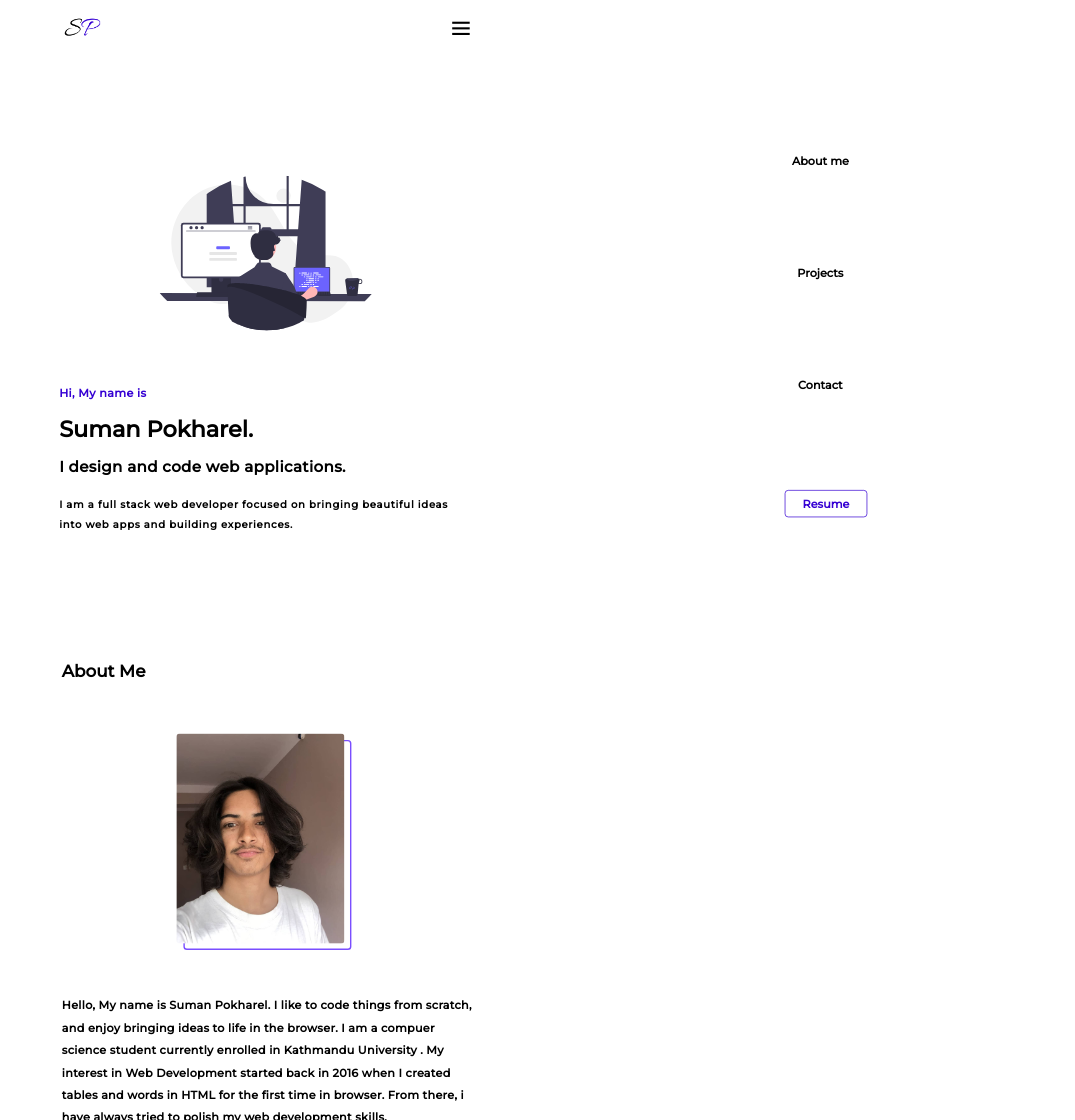
Repository: iamsumanp/portfolio
Page: /
An editor plug-in stored every save of this project. The page is shown before and after the next save, followed by the edit.
The browser window is 768 px wide. The page is 1536 px wide, so the pictures cover 1536 px, including what lies to the right of the window. The pictures show the part of the page from y = 0 to 1600 px (the page is 5953 px tall), at 70% of full size.
The project was rebuilt for these pictures with package versions that can differ from the ones it lists, and the page was loaded fresh each time.

Above is the page before, as saved 2022-07-11 15:59:36.

After the next save:
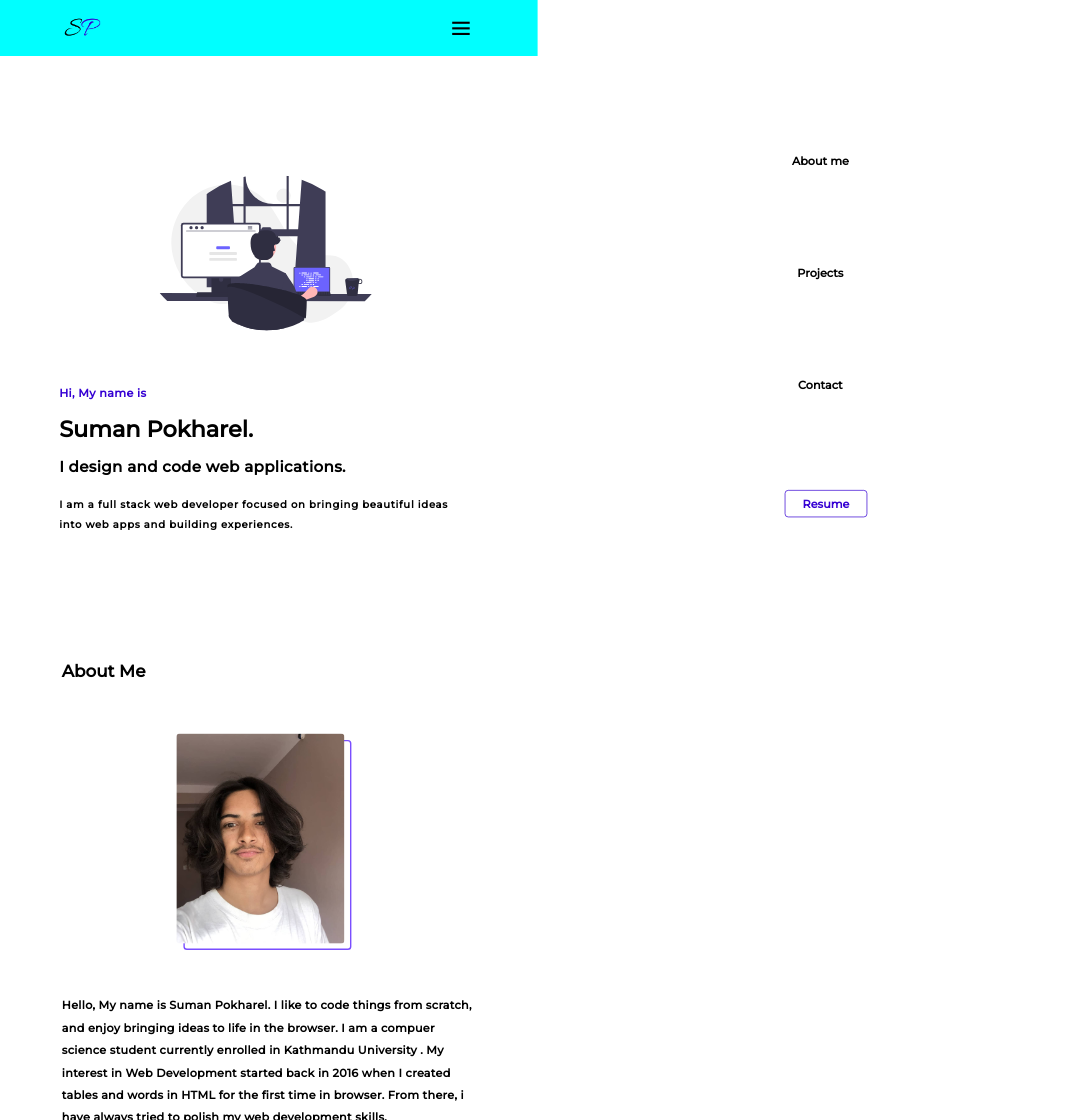
Saved 49 s later.
--- a/src/styles/styles.css
+++ b/src/styles/styles.css
@@ -28,7 +28,7 @@ body {
   min-height: 5rem;
   font-weight: bolder;
   padding: 0.2% 12.5%;
-  background-color: var(--main-white);
+  background-color: aqua;
 }
 @media (max-width: 1100px) {
   .navBar {
@@ -609,4 +609,4 @@ body {
   .spSpan {
     text-align: center;
   }
-}/*# sourceMappingURL=styles_20220711155936.css.map */
+}/*# sourceMappingURL=styles_20220711160025.css.map */
